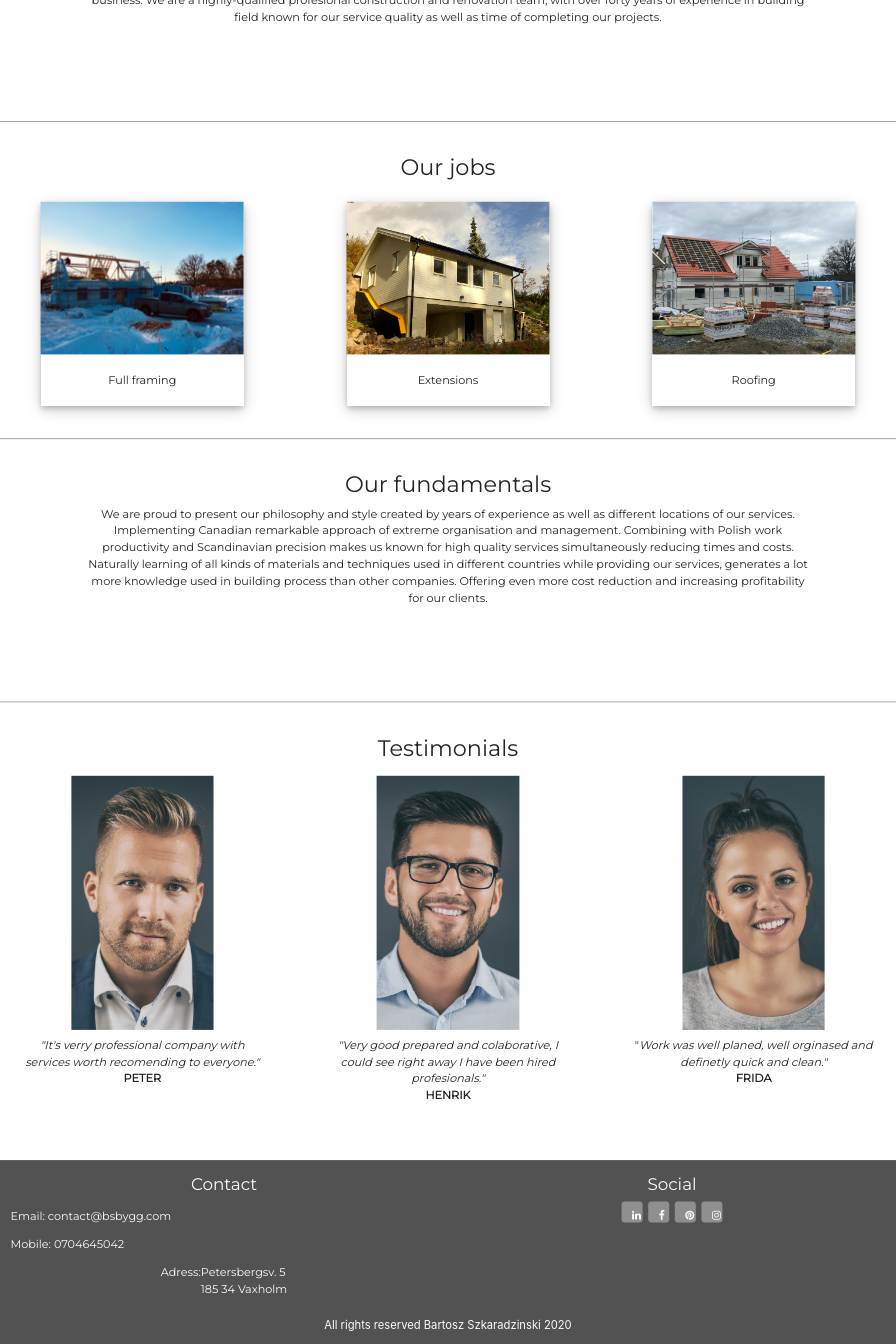
Repository: Bartie1982/milestone-project-1
Page: index.html
The author's editor kept a record of every edit. The page is drawn from the files as they stood at one moment, then again after the next edit.
The browser window is 1280 px wide. The pictures show the part of the page from y = 906 to 2826 px (the page is 2826 px tall), at 70% of full size.
Some web libraries are served in a nearby version.

Above is the page before.

### index.html
<!DOCTYPE html>
<html lang="en">

<head>
    <meta charset="UTF-8">
    <meta name="viewport" content="width=device-width, initial-scale=1.0">
    <meta http-equiv="X-UA-Compatible" content="ie=edge">
    <link rel="stylesheet" href="https://stackpath.bootstrapcdn.com/bootstrap/4.3.1/css/bootstrap.min.css" type="text/css" />
    <link rel="stylesheet" href="https://stackpath.bootstrapcdn.com/font-awesome/4.7.0/css/font-awesome.min.css" type="text/css" />
    <link rel="stylesheet" href="assets/css/style.css" type="text/css" />
    <title>BsBygg</title>
</head>

<body>
    <header>
        <div class="container-fluid h-50 d-inline-block">
            <div class="row">
                   <div class="mt-2  float-sm-left col-lg-2 col-md-3 col-sm-4 col-4">
                        <a href="index.html">
                        <img class="img logo" src="./assets/images/logo1.png" alt="Bs.bygg">
                        </a>
                    </div>
                    <div class="mt-2 col-lg-10 col-md-9 col-sm-8 col-8">
                            <nav class="mt-0 navbar navbar-expand-lg navbar-dark navbar-custom">
                            <a class="navbar-brand float-sm-left" href="index.html">Bs bygg</a>
                             <button class="navbar-toggler custom-toggler" type="button" data-toggle="collapse" data-target="#navbarNav" aria-controls="navbarNav" aria-expanded="false" aria-label="Toggle navigation">
                                    <span class="navbar-toggler-icon"></span>
                            </button>
                                <div class="navbar-brand collapse navbar-collapse" id="navbarNav">
                                    <ul class="navbar-nav">
                                        <li class="nav-item">
                                            <a class="navbar-brand" href="#about-us">About us</a>
                                        </li>
                                        <li class="nav-item">
                                            <a class="navbar-brand" href="#our-jobs">Our jobs</a>
                                        </li>
                                        <li class="nav-item">
                                            <a class="navbar-brand" href="#our-fundamentals">Our fundamentals</a>
                                        </li>
                                        <li class="nav-item">
                                            <a class="navbar-brand" href="#testimonials">Testimonials</a>
                                        </li>
                                        <li class="nav-item">
                                            <a class="navbar-brand" href="#contact">Contact</a>
                                        </li>
                                    </ul>
                                </div>

                        </nav>
                    </div>
        </div>
            </div>
            <div class="container-fluid h-50 d-inline-block">
                <div class="h-75 d-inline-block d-flex justify-content-center quote">
                        <p class="align-self-end ">Profesionals simply by working different!</p>
                </div>
            </div>
    </header>

    <section>
        <div class="d-flex justify-content-center" id="about-us">
            <div class="col-md-10 about-us">
                <h2>About-us</h2>

                <p class="text-space">Established in 1995 our company is a family bussines,
                started by my father who was providing construction and renovation services of all sorts in Sweden and Scandinavia.
                In 1999 My brother and I have joined my fathers company and together we expanded rapidly.
                Completing bigger and more complicated houses designs in Sweden, Danmark, Uk, Poland and Canada over time  we were growing and evolving to get framing and construction projects ahead simultaneously remaning in renovation business.
                We are a highly-qualified profesional construction and renovation team, with over forty years of experience in building field known for our service quality as well as time of completing our projects.
                </p>

            </div>
        </div>

        <div class="row">
            <div class="col-md-12 h-line4">
                <hr>
            </div>
        </div>

    </section>
    <section>
        <div class="row" id="our-jobs">
            <div class="col-md-12 Our-jobs">
                <h2>Our jobs</h2>
                    <div class="row d-flex justify-content-around">
                        <div class="col-sm-12 col-md-12 col-lg-4">
                            <div class="polaroid">
                        <img src="./assets/images/balsta-light.jpg" alt="Full framing" style="width:100%">
                             <div class="container p">
                             <p>Full framing</p>
                             </div>
                       </div>
                        </div>
                        <div class="col-sm-12 col-md-12 col-lg-4">
                            <div class="polaroid">
                        <img src="./assets/images/akersberga-ed.jpg" alt="Extensions" style="width:100%">
                             <div class="container p">
                             <p>Extensions</p>
                             </div>
                       </div>
                        </div>
                        <div class="col-sm-12 col-md-12 col-lg-4">
                            <div class="polaroid">
                        <img src="./assets/images/tak-arbetet-ed.jpg" alt="Roofing" style="width:100%">
                             <div class="container p">
                             <p>Roofing</p>
                         </div>
                        </div>
                    </div>
                </div>
            </div>
        </div>
    </section>
    <section>
        <div class="row">
            <div class="col-md-12 h-line3">
                <hr>
            </div>
        </div>
        <div class="d-flex justify-content-center" id="our-fundamentals">
            <div class="col-md-10 our-fundamentals">
                <h2>Our fundamentals</h2>

                <p class="text-space">We are proud to present our philosophy and style created by years of experience as well as different locations of our services.
                Implementing  Canadian remarkable approach of extreme organisation and management.
                Combining with Polish work productivity and Scandinavian precision makes us known for high quality services simultaneously reducing times and costs.
                Naturally learning of all kinds of materials and techniques used in different countries while providing our services, generates a lot more knowledge used in building process than other companies. Offering even more
                cost reduction and increasing profitability for our clients.
                </p>
            </div>
        </div>

        <div class="row">
            <div class="col-md-12 h-line4">
                <hr>
            </div>
        </div>
    </section>
    <section>
        <div class="row" id="testimonials">
            <div class="col-md-12 Testimonials">
                <h2>Testimonials</h2>
                    <div class="row people d-flex justify-content-around">
                        <div class="col-sm-12 col-md-4 person">
                            <img class="img-fluid" src="./assets/images/Face 6.jpg" alt="Peter">
                            <p class="text-space"><i>"It's verry professional company with services worth recomending to everyone."</i><br><b>PETER</b></p>
                        </div>
                        <div class="col-sm-12 col-md-4 person">
                            <img class="img-fluid" src="./assets/images/Face 4.jpg" alt="Henrik">
                            <p class="text-space"><i>"Very good prepared and colaborative, I could see right away I have been hired profesionals."</i><br><b>HENRIK</b></p>
                        </div>
                        <div class="col-sm-12 col-md-4 person">
                            <img class="img-fluid" src="./assets/images/Face 7.jpg" alt="Frida">
                            <p class="text-space">"<i>Work was well planed, well orginased and definetly quick and clean."</i><br><b>FRIDA</b></p>
                        </div>
                    </div>
            </div>
                <div class="row">
                    <div class="col-md-12 h-line4">
                        <hr>
                    </div>
                </div>
    </section>
    <footer class="container-fluid" id="contact">
        <div class="row">
                <div class="col-lg-6 col-md-6 col-sm-12">
                    <h4 class="d-flex justify-content-center general-sub">Contact</h4>

                        <div class="d-flex flex-column general-sub">
                            <div>
                            <p class=""><b>Email:</b> contact@bsbygg.com</p>
                            </div>
                            <div>
                            <p class=""><b>Mobile:</b> 0704645042 </p>
                            </div>
                            <div>
                            <p class="d-flex justify-content-center"><b>Adress:</b> Petersbergsv. 5 <br>185 34 Vaxholm</p>
                        </div>
                </div>
        </div>
            <div class="col-lg-6 col-md-6 col-sm-12 social">
                <h4 class="general-sub d-flex justify-content-center">Social</h4>
                <ul class="list-inline social-links d-flex justify-content-center">
                <li class="list-inline-item">
                    <a target="_blank" href="https://www.linkedin.com/">
                        <i class="fa fa-linkedin" aria-hidden="true"></i>
                        <span class="sr-only">Linkedin</span>
                    </a>
                </li>

                <li class="list-inline-item">
                    <a target="_blank" href="https://www.facebook.com/">
                        <i class="fa fa-facebook" aria-hidden="true"></i>
                        <span class="sr-only">Facebook</span>
                    </a>

                </li>
                <li class="list-inline-item">
                    <a target="_blank" href="https://www.pinterest.com/">
                        <i class="fa fa-pinterest" aria-hidden="true"></i>
                        <span class="sr-only">Pinterest</span>
                    </a>
                </li>
                <li class="list-inline-item">
                    <a target="_blank" href="https://www.instagram.com/">
                        <i class="fa fa-instagram" aria-hidden="true"></i>
                        <span class="sr-only">Instagram</span>
                    </a>
                </li>

                </ul>
            </div>
        </div>
        <div class="d-flex justify-content-center">
            <p class="">All rights reserved  Bartosz Szkaradzinski 2020</p>
        </div>
    </footer>
    <script src="https://code.jquery.com/jquery-3.2.1.slim.min.js" integrity="sha384-KJ3o2DKtIkvYIK3UENzmM7KCkRr/rE9/Qpg6aAZGJwFDMVNA/GpGFF93hXpG5KkN" crossorigin="anonymous"></script>
<script src="https://cdnjs.cloudflare.com/ajax/libs/popper.js/1.12.9/umd/popper.min.js" integrity="sha384-ApNbgh9B+Y1QKtv3Rn7W3mgPxhU9K/ScQsAP7hUibX39j7fakFPskvXusvfa0b4Q" crossorigin="anonymous"></script>
<script src="https://maxcdn.bootstrapcdn.com/bootstrap/4.0.0/js/bootstrap.min.js" integrity="sha384-JZR6Spejh4U02d8jOt6vLEHfe/JQGiRRSQQxSfFWpi1MquVdAyjUar5+76PVCmYl" crossorigin="anonymous"></script>
</body>

</html>

### assets/css/style.css
@import url('https://fonts.googleapis.com/css?family=Montserrat&display=swap:100,200,300,400,500,600,700|Exo:100,200,300,400,500,600,700');


/*----------------------------------------------Colours*/
.bg-color-name-title {
      color: #000234;
}



/*----------------------------------------------Heading*/

html, body {
    width: 100vw;
    overflow-x: hidden;
    overflow-y: auto;
}

header {
    height: 100vh;
    margin: 0;
    background: url("../images/Villa1.jpg");
    background-repeat: no-repeat;
    background-size: cover;


}

.logo {
    background-repeat: no-repeat;
    background-size: 30px;
    min-height: 20px;
    height: 50px;
    margin-top: inherit;
    margin-left: 20px;
    margin-right: 2px;
    padding-left: 0px;
    padding-right:0px;

}


.navbar {
    margin-right: auto;
    margin-left: auto;
    margin-top: 25px;

}

.navbar-dark {
    font-size: 22px;
    font-weight: 400;
}
.custom-toggler.navbar-toggler {
            border-color: lightgreen;
        }

.navbar-custom .navbar-brand,
.navbar-custom .navbar-text {
    color: #F0F8FF;
}

.quote {
    color: #F0FFF0;
    font-family: "Exo", Montserrat;
    font-weight: 100;
    font-size: 30px;
    text-align: center;


}


/*----------------------------------------------About us*/

.about-us {

    font-family: "Exo", Montserrat;
    margin-top: 30px;
    text-align: center;
    min-height: 300px;

}

/*----------------------------------------------Our fundamentals*/



.our-fundamentals {
    font-family: "Exo", Montserrat;
    margin-top: 30px;
    text-align: center;
    min-height: 300px;
}




/*----------------------------------------------Our jobs*/

.polaroid {
  width: 290px;
  box-shadow: 0 4px 8px 0 rgba(0, 0, 0, 0.2), 0 6px 20px 0 rgba(0, 0, 0, 0.19);
  text-align: center;
  margin: 30px auto 30px auto;

}

.Our-jobs {
    font-family: "Exo", Montserrat;
    margin-top: 30px;
    text-align: center;
    min-height: 300px;

}


/*----------------------------------------------Testimonials*/

.container p {
  padding: 25px;
}
.people {
    margin-top:20px;
    margin-bottom: 40px;
}
.person {

    height: inherit;
    margin-bottom: 30px;
}
.person img {
    width: 50%;
    margin-left: auto;
    margin-right: auto;
}
.person p {
    padding-left: 30px;
    padding-right: 30px;
}


.name {
    font-family: "Exo", Montserrat;
    background-position: center;
    margin-top: 50px;
    font-weight: 100;
    min-height: 100px;
    font-size: 46px;
    color: #fff;

}

.Testimonials {
    font-family: "Exo", Montserrat;
    margin-top: 30px;
    text-align: center;
    min-height: 300px;

}

/*----------------------------------------------Spacers/lines/margins/paddings/text */

h1,
h2,
h3,
h4 {
       margin: 0;
}

hr {
    background-color: grey;
    height: 1px;
    border: 0; }

.h-line3 {
    margin-top: 0;

}

.h-line4 {
    margin-top: 1%;
}

.text-space {
    margin-top: 10px;
    margin-bottom: 10px;
}

.general-sub {
    margin-top: 20px;
    margin-bottom: 10px;
    color: #fafafa;
    font-family: "Exo", Montserrat;
    font-weight: 300;

}

.inline-block {
    display: inline-block;

}

/*----------------------------------------------Footer*/

footer {
    background-color: #525252;
    color: #fafafa;
    min-height: 240px;
}

.contact {
    margin-left: auto;
    margin-right: auto;

}

.quote-pdf i {
    font-size: 20px;
    color: #fafafa;
    text-align: center;
    padding-left: 8px;
    transition: all 0.45s ease-in;
    -moz-transition: all 0.45s ease-in;
    -webkit-transition: all 0.45s ease-in;
    -o-transition: all 0.45s ease-in;
}

.quote-pdf i:hover {
    color: #40A8AF;

}
.social {
     margin-right: auto;
     margin-left: auto;
}

.social-links li a i {
    width: 30px;
    height:30px;
    padding: 15px;
    border-radius: 15%;
    font-size: 15px;
    line-height: 10px;
    text-align: center;
    color: #fafafa;
    background: #8f8f8f;
    transition: all 0.35s ease-in;
    -moz-transition: all 0.35s ease-in;
    -webkit-transition: all 0.35s ease-in;
    -o-transition: all 0.35s ease-in;
}

.social-links li a i:hover {
    background: #40A8AF;
}

After the next edit:
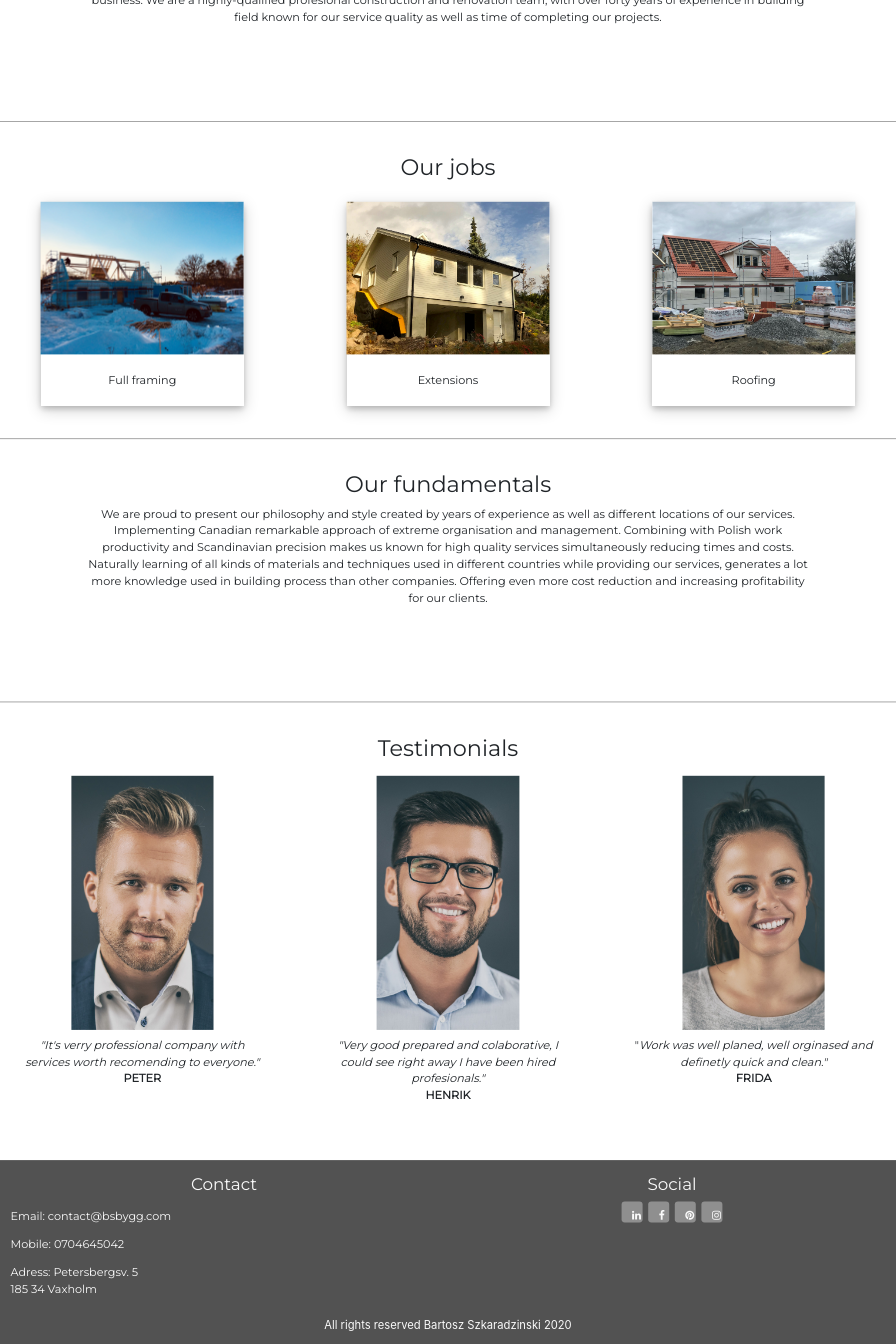
The edit:
--- a/index.html
+++ b/index.html
@@ -175,7 +175,7 @@
                             <p class=""><b>Mobile:</b> 0704645042 </p>
                             </div>
                             <div>
-                            <p class="d-flex justify-content-center"><b>Adress:</b> Petersbergsv. 5 <br>185 34 Vaxholm</p>
+                            <p class=""><b>Adress:</b> Petersbergsv. 5 <br>185 34 Vaxholm</p>
                         </div>
                 </div>
         </div>
